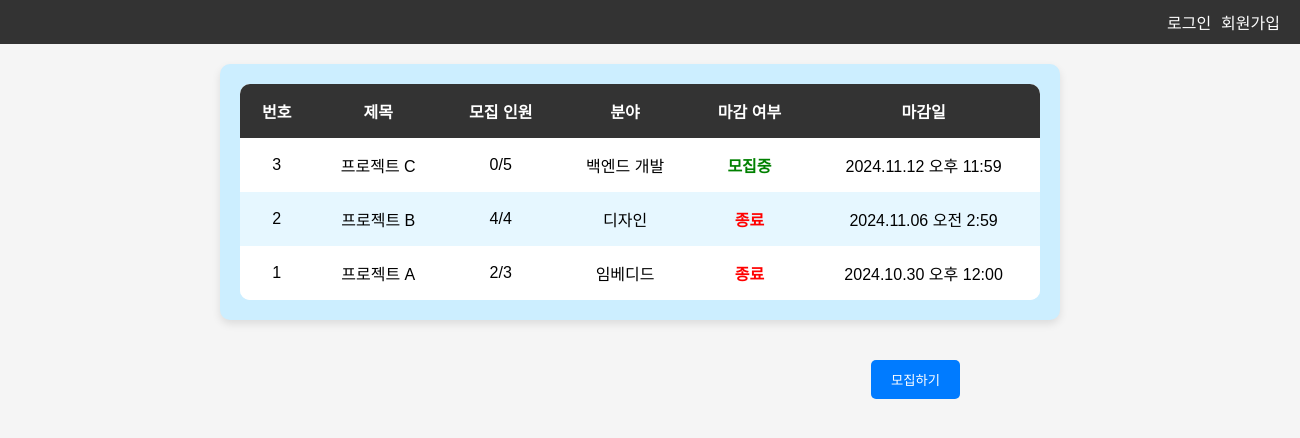
Repository: TUK-WEBSERIVCE/tuk-team-gem
Page: tuk-team-gem/src/main/webapp/main/mainPage.html
The author's editor kept a copy of each file at every save. The page is drawn from the files as they stood at one save, then again after the next save.
The browser window is 1280 px wide. The page is 1300 px wide, so the pictures cover 1300 px, including what lies to the right of the window. The pictures show the whole page.

Above is the page before, as saved 2024-11-13 12:55:47.

After the next save:
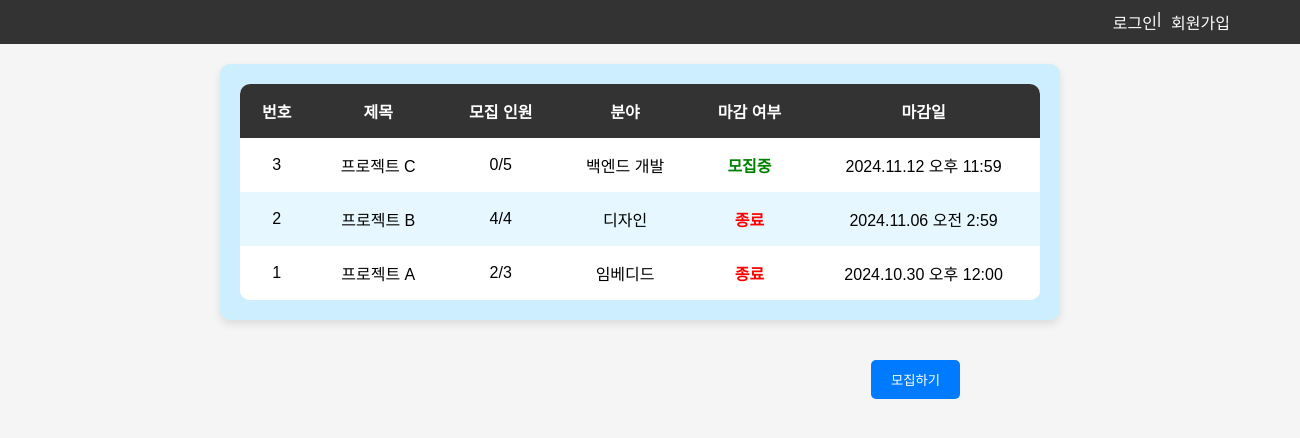
Saved 34 s later.
--- a/tuk-team-gem/src/main/webapp/main/mainPage.html
+++ b/tuk-team-gem/src/main/webapp/main/mainPage.html
@@ -101,7 +101,8 @@
 <body>
     <header>
         <a href="#">로그인</a>
-        <a href="#">회원가입</a>
+        <span class="divider">|</span>
+        <a href="#" style="margin-right: 50px;">회원가입</a>
     </header>
 
     <div class="container">
